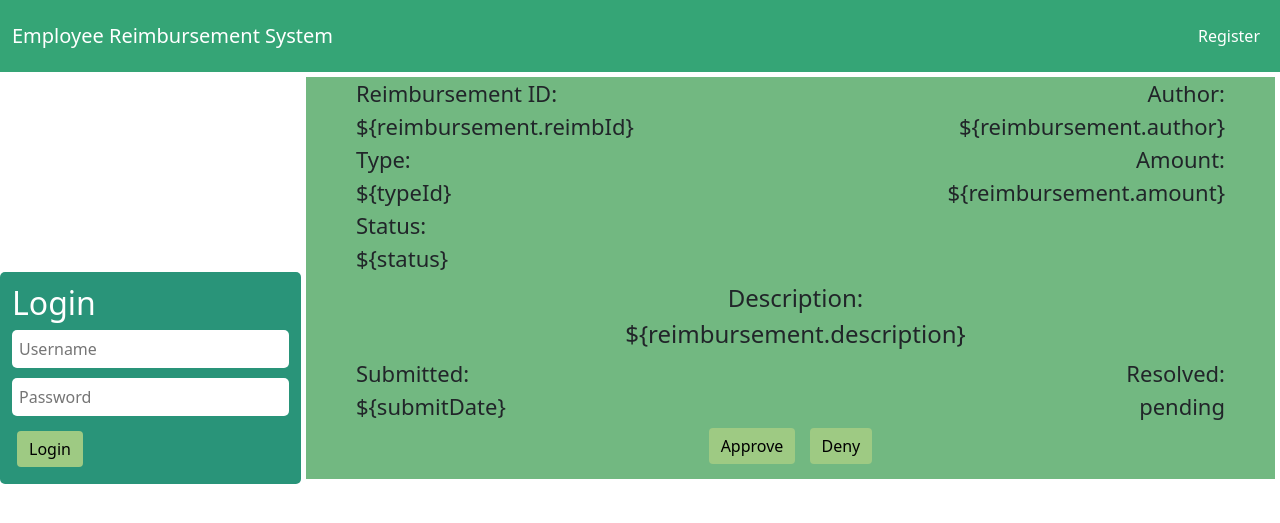
Repository: ChrisRod1212/FullStackJavaProject1
Page: src/main/resources/index.html
The author's editor kept a copy of each file at every save. The page is drawn from the files as they stood at one save, then again after the next save.
The browser window is 1280 px wide. The pictures show the whole page.

Above is the page before, as saved 2022-03-25 09:27:29.
Console error (its wording comes from the project's code and is left out).

### src/main/resources/index.html
<!DOCTYPE html>
<html lang="en">
<head>
    <meta charset="UTF-8">
    <meta http-equiv="X-UA-Compatible" content="IE=edge">
    <meta name="viewport" content="width=device-width, initial-scale=1.0">
    <title>Employee Reimbursement System</title>

    <link href="https://cdn.jsdelivr.net/npm/bootstrap@5.1.3/dist/css/bootstrap.min.css" rel="stylesheet" integrity="sha384-1BmE4kWBq78iYhFldvKuhfTAU6auU8tT94WrHftjDbrCEXSU1oBoqyl2QvZ6jIW3" crossorigin="anonymous">
    <link rel="stylesheet" href="./styles.css">
    <link rel="stylesheet" href="./global/styles.css">

</head>
<body>
    <nav class="navbar navbar-expand-lg navbar-dark" style="background-color: rgb(53,165,118);">
        <div class="container-fluid">
          <a class="navbar-brand" href="#">Employee Reimbursement System</a>
          <div class="navbar" id="navbarSupportedContent">
            <ul class="navbar-nav me-auto mb-2 mb-lg-0">
              <li class="nav-item">
                <a class="nav-link active" aria-current="page" href="./register/index.html">Register</a>
              </li>
            </ul>
          </div>
        </div>
      </nav>

<!-- Login Form -->

      <div id="login-container">
          <form id="login-form" >
              <h2>Login</h2>
            <div>
                <input type="text" id="username" placeholder="Username">
            </div>
            <div>
                <input type="text" id="password" placeholder="Password">
            </div>
            <div id="message"></div>

            <div>
                <button class="btn">Login</button>
            </div>
          </form>
          <div id="reimb-container">
            <div class="container-row">
              <div class="reimb-label-left" >Reimbursement ID:
                <div>${reimbursement.reimbId}</div>
              </div>
              <div class="reimb-label-right">Author:
                <div>${reimbursement.author}</div>
              </div>
            </div>
            <div class="container-row">
              <div class="reimb-label-left">Type:
                <div>${typeId}</div>
              </div>
              <div class="reimb-label-right">Amount:
                <div>${reimbursement.amount}</div>
              </div>
            </div>
            <div class="container-row">
              <div class="reimb-label-left">Status:
                <div>${status}</div>
              </div>
            </div>
            <div id="reimb-description">Description:
              <div>${reimbursement.description}</div>
            </div>
            <div class="container-row">
              <div class="reimb-label-left">Submitted:
                <div>${submitDate}</div>
              </div>
              <div class="reimb-label-right">Resolved:
                <div>pending</div>
              </div>
            </div>
            <div class="container-row" id="approveDeny">
                <div>
                    <button class="btn"  onclick="approve(${reimbursement.reimbId});">Approve</button>
                    <button class="btn"  onclick="deny(${reimbursement.reimbId});">Deny</button>
                </div>
              </div>
          </div>

      </div>
    <script src="https://cdn.jsdelivr.net/npm/bootstrap@5.1.3/dist/js/bootstrap.bundle.min.js" integrity="sha384-ka7Sk0Gln4gmtz2MlQnikT1wXgYsOg+OMhuP+IlRH9sENBO0LRn5q+8nbTov4+1p" crossorigin="anonymous"></script>
    <script src="./script.js"></script>
  </body>
</html>

### src/main/resources/styles.css
#login-container{
    display: flex;
    justify-content: center;
}

#login-form{
    background-color: rgb(41, 148, 121);
    padding: 12px;
    margin-top: 200px;
    width: 400px;
    border-radius: 5px;
    color: rgb(255, 255, 255);
}

#login-form input{
    width: 100%;
    margin-bottom: 10px;
    padding: 7px;
    border: none;
    border-radius: 5px;
}

### src/main/resources/global/styles.css

.btn{
    background-color: rgb(158, 202, 131);
    border: none;
    color: rgb(0, 0, 0);
    transition-duration: 100ms;
    margin: 5px;
}
.btn:hover{
    background-color: rgb(177, 228, 82);
    color: rgb(0, 0, 0);
}
.btn:active{
    background-color: rgb(158, 202, 131);
    border:none;
}

.container{
    width: 98%;
    min-width: none;
    max-width: none;
    max-height: 100%;
    background-color: rgb(41,148,121);
    margin-top: 1%;
    margin-left: 1%;
    margin-right: 1%;
    margin-bottom: 1%;
    color: rgb(255, 255, 255);
    padding: 15px;
    display:flex;
    flex-flow: row wrap;
    justify-content: space-evenly;
    column-gap: 5px;


}
.form-input{
    border-radius: 5px;
    border: none;
    margin: 5px;
    margin-left: 20px;
    margin-right: 20px;
    margin-top: 10px;
    width: 200px;
}

.row{
    margin-bottom: 10px;
}

.nav-link{
    border: 1px;
}

#reimbursements-container{
    height: 90%;
    max-height: auto;
    background-color: rgb(125, 194, 98)
    ;
    margin: 5px;
    margin-right: 10px;
    display: flex;
    flex-flow: column;
    padding-left: 50px;
    padding-right: 50px;
    width: 1000px;
    border-radius: 25px;
}
.reimb-card{
    position: relative;
    background-color: rgb(206, 206, 206);

    width: 100%;
    height: auto;
    padding: 15px;
    margin: 10px;
    margin-top: 20px;
    border-radius: 6px;

    display: flex;
    flex-direction: column;
    justify-content: space-between;
}
.reimb-title{
    text-align: center;
    font-size: 16px;
    font-weight: bold;
}
.reimb-amount{
    text-align: center;
    font-size: 16px;
    font-weight: bold;
}
.reimb-author{
    text-align: center;
    font-size: 20px;
    font-weight: bold;
}
.reimb-status{
    text-align: center;
    font-size: 16px;
    font-weight: bold;
}

#reimb-description{
    margin: 5px;
    width: 100%;
    text-align: center;
    font-size: 24px;
}
#approveDeny{
    display: flex;
    flex-flow: column;

    text-align: center;
}
.reimb-label-left{
    text-align: left;
    font-size: 22px
}
.reimb-label-right{
    text-align: right;
    font-size: 22px
}
.container-row{
    display: flex;
    justify-content: space-between;
}
#reimb-container{
    background-color: rgb(114, 184, 129)
    ;
    margin: 5px;
    display: flex;
    flex-flow: column;
    padding-left: 50px;
    padding-right: 50px;
    width: 100%
}

### src/main/resources/script.js
document.getElementById("login-form").addEventListener("submit", async function (event) {
    event.preventDefault();
    //get values of elements
    let usernameInputElem = document.getElementById("username");
    let passwordInputElem = document.getElementById("password");
    //put values into json notation
    let user = {
        username: usernameInputElem.value,
        password: passwordInputElem.value
    }
    //send http request
    let response = await fetch("http://localhost:9001/session", {
        method: "POST",
        body: JSON.stringify(user) //passing json user
    })
    //awaiting response from server
    let responseBody = await response.json();


    if(responseBody.success == false) {
        let messageElem = document.getElementById("message")
        messageElem.innerText = responseBody.message
    }else{
        //window.location = "./dashboard?userId="+responseBody.data.ers_users_id

        if(responseBody.data.role == 0){
            window.location = "./managerdashboard/?userId="+responseBody.data.userId
        }else{
            window.location = "./dashboard/?userId="+responseBody.data.userId
            console.log("User ID: "+responseBody.data.userId)
            console.log("User Role: "+responseBody.data.role)
        }
    }

/*     console.log(usernameInputElem.value, passwordInputElem.value);
 */
})

After the next save:
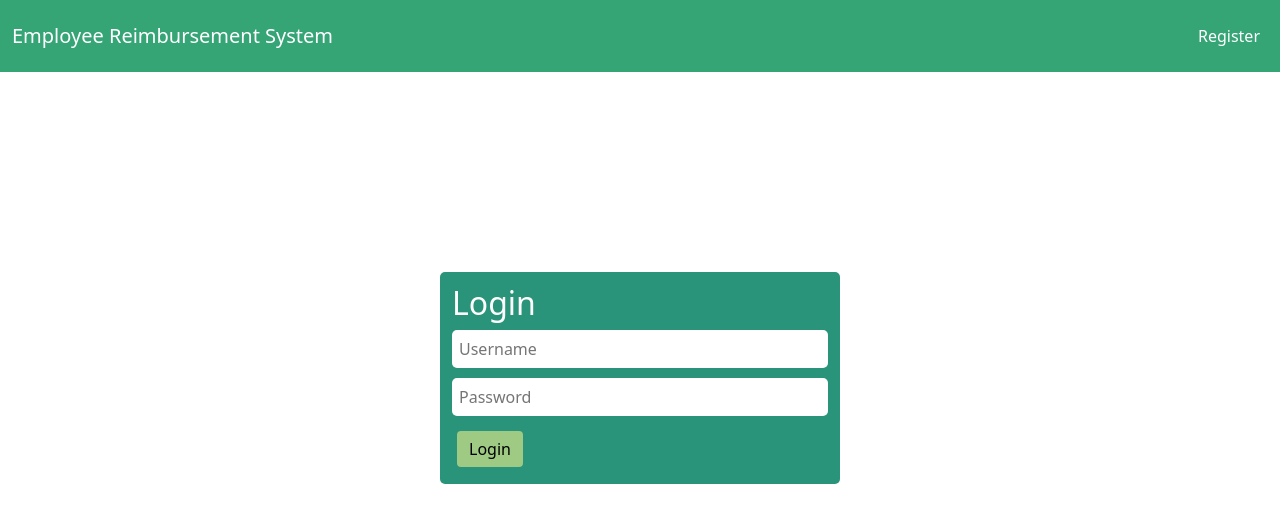
The error is gone.
Saved 31 s later.
--- a/src/main/resources/index.html
+++ b/src/main/resources/index.html
@@ -42,46 +42,7 @@
                 <button class="btn">Login</button>
             </div>
           </form>
-          <div id="reimb-container">
-            <div class="container-row">
-              <div class="reimb-label-left" >Reimbursement ID:
-                <div>${reimbursement.reimbId}</div>
-              </div>
-              <div class="reimb-label-right">Author:
-                <div>${reimbursement.author}</div>
-              </div>
-            </div>
-            <div class="container-row">
-              <div class="reimb-label-left">Type:
-                <div>${typeId}</div>
-              </div>
-              <div class="reimb-label-right">Amount:
-                <div>${reimbursement.amount}</div>
-              </div>
-            </div>
-            <div class="container-row">
-              <div class="reimb-label-left">Status:
-                <div>${status}</div>
-              </div>
-            </div>
-            <div id="reimb-description">Description:
-              <div>${reimbursement.description}</div>
-            </div>
-            <div class="container-row">
-              <div class="reimb-label-left">Submitted:
-                <div>${submitDate}</div>
-              </div>
-              <div class="reimb-label-right">Resolved:
-                <div>pending</div>
-              </div>
-            </div>
-            <div class="container-row" id="approveDeny">
-                <div>
-                    <button class="btn"  onclick="approve(${reimbursement.reimbId});">Approve</button>
-                    <button class="btn"  onclick="deny(${reimbursement.reimbId});">Deny</button>
-                </div>
-              </div>
-          </div>
+
 
       </div>
     <script src="https://cdn.jsdelivr.net/npm/bootstrap@5.1.3/dist/js/bootstrap.bundle.min.js" integrity="sha384-ka7Sk0Gln4gmtz2MlQnikT1wXgYsOg+OMhuP+IlRH9sENBO0LRn5q+8nbTov4+1p" crossorigin="anonymous"></script>
